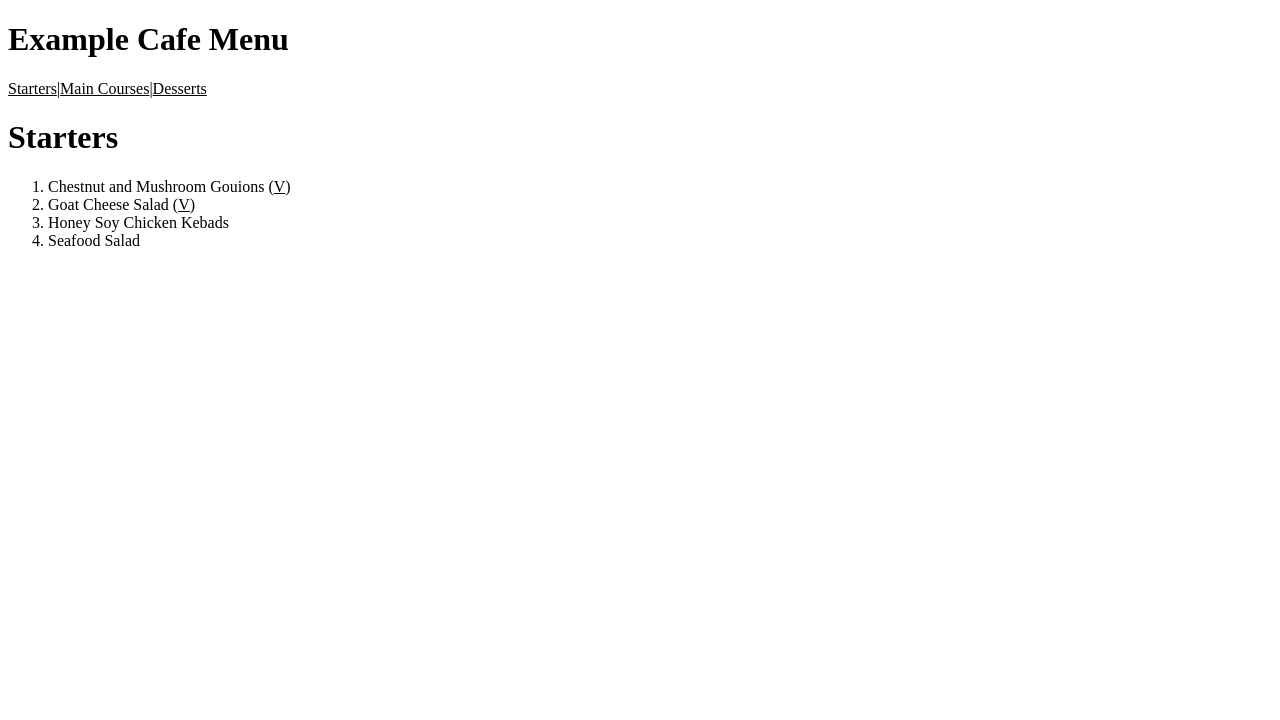
Repository: PhamChiXuan1/HTCNW_tuan3_DHCNTT16C_PhamChiXuan_20030131
Page: bt5.html
The author's editor kept a copy of each file at every save. The page is drawn from the files as they stood at one save, then again after the next save.
The browser window is 1280 px wide. The pictures show the whole page.

Above is the page before, as saved 2022-02-26 21:38:06.

After the next save:
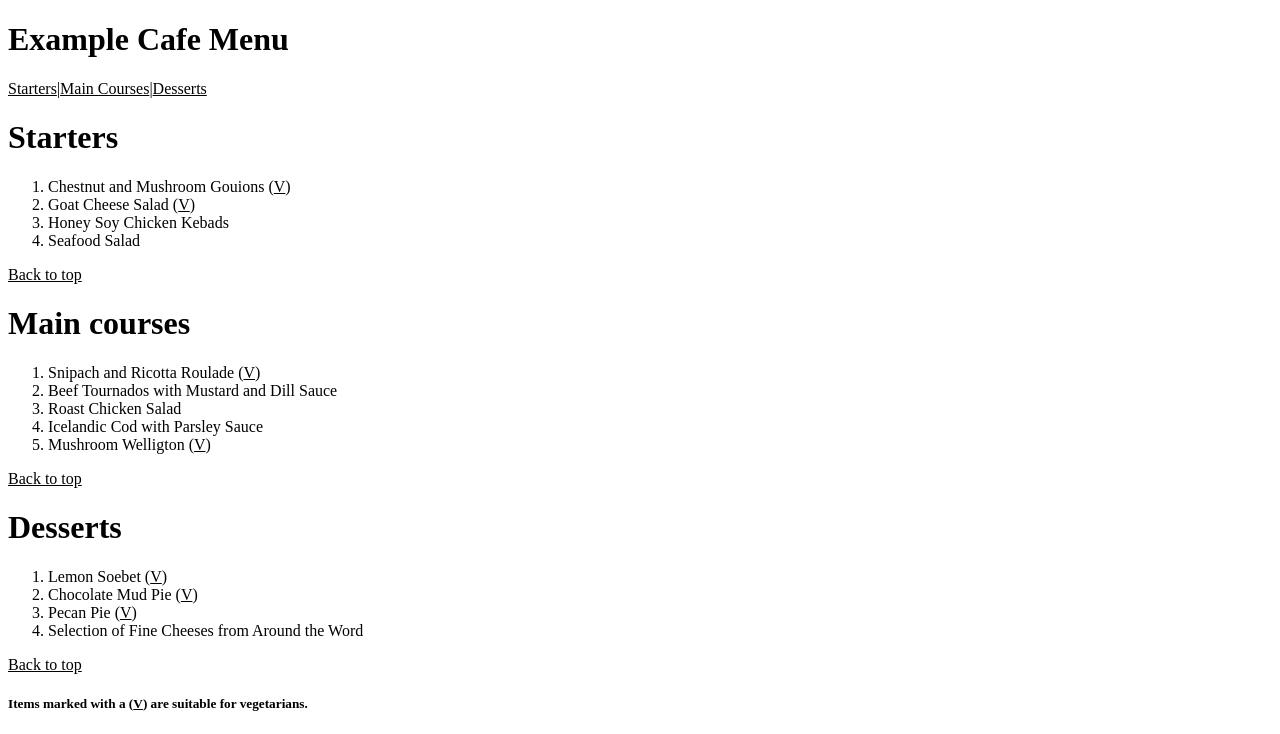
Saved 8 min 20 s later.
--- a/bt5.html
+++ b/bt5.html
@@ -16,5 +16,24 @@
         <li>Honey Soy Chicken Kebads</li>
         <li>Seafood Salad</li>
     </ol>
+    <P><U>Back to top</U></P>
+    <H1>Main courses</H1>
+    <ol type="1">
+        <li>Snipach and Ricotta Roulade (<U>V</U>)</li>
+        <li>Beef Tournados with Mustard and Dill Sauce</li>
+        <li>Roast Chicken Salad</li>
+        <li>Icelandic Cod with Parsley Sauce</li>
+        <li>Mushroom Welligton (<U>V</U>)</li>
+    </ol>
+    <P><U>Back to top</U></P>
+    <H1>Desserts</H1>
+    <ol type="1">
+        <li>Lemon Soebet (<U>V</U>)</li>
+        <li>Chocolate Mud Pie (<U>V</U>)</li>
+        <li>Pecan Pie (<U>V</U>)</li>
+        <li>Selection of Fine Cheeses from Around the Word</li>
+    </ol>
+    <P><U>Back to top</U></P>
+    <H5>Items marked with a (<U>V</U>) are suitable for vegetarians.</H5>
 </body>
 </html>
